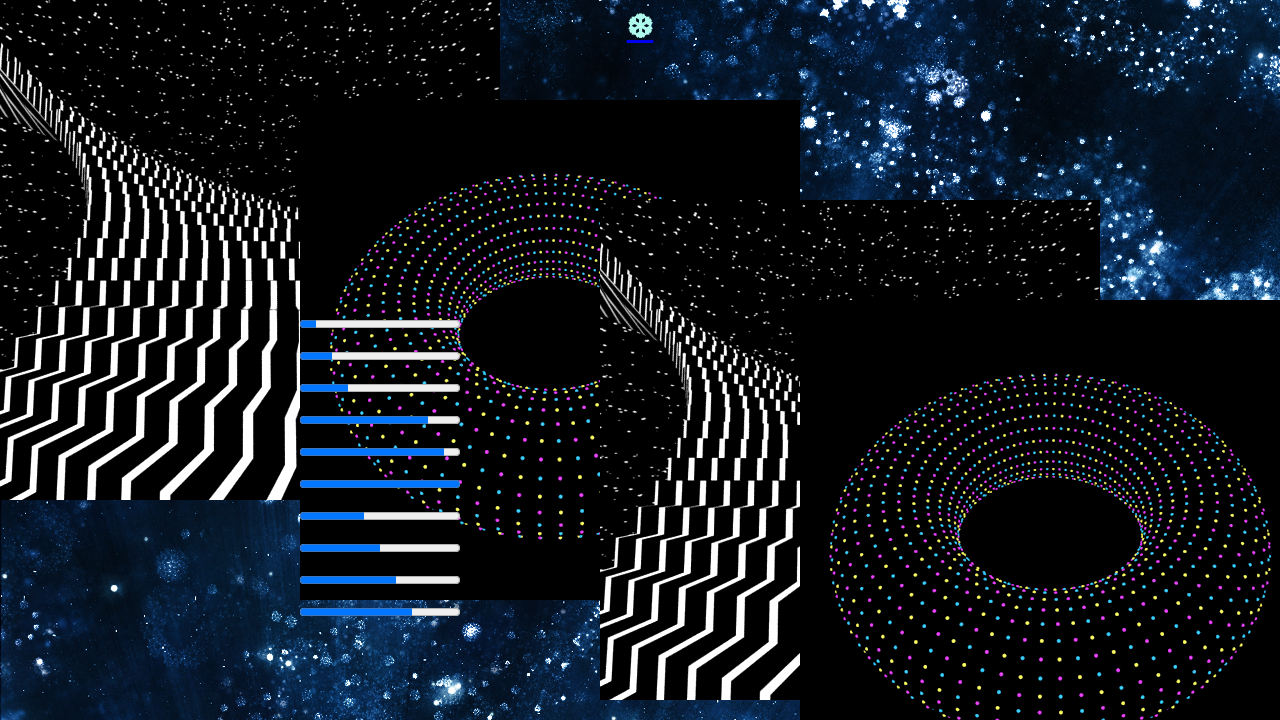
Repository: hanj291/hanj291.github.io
Page: CSS_composition/page5.html
The author's editor kept a record of every edit. The page is drawn from the files as they stood at one moment, then again after the next edit.
The browser window is 1280 px wide. The pictures show the whole page.

Above is the page before.

After the next edit:
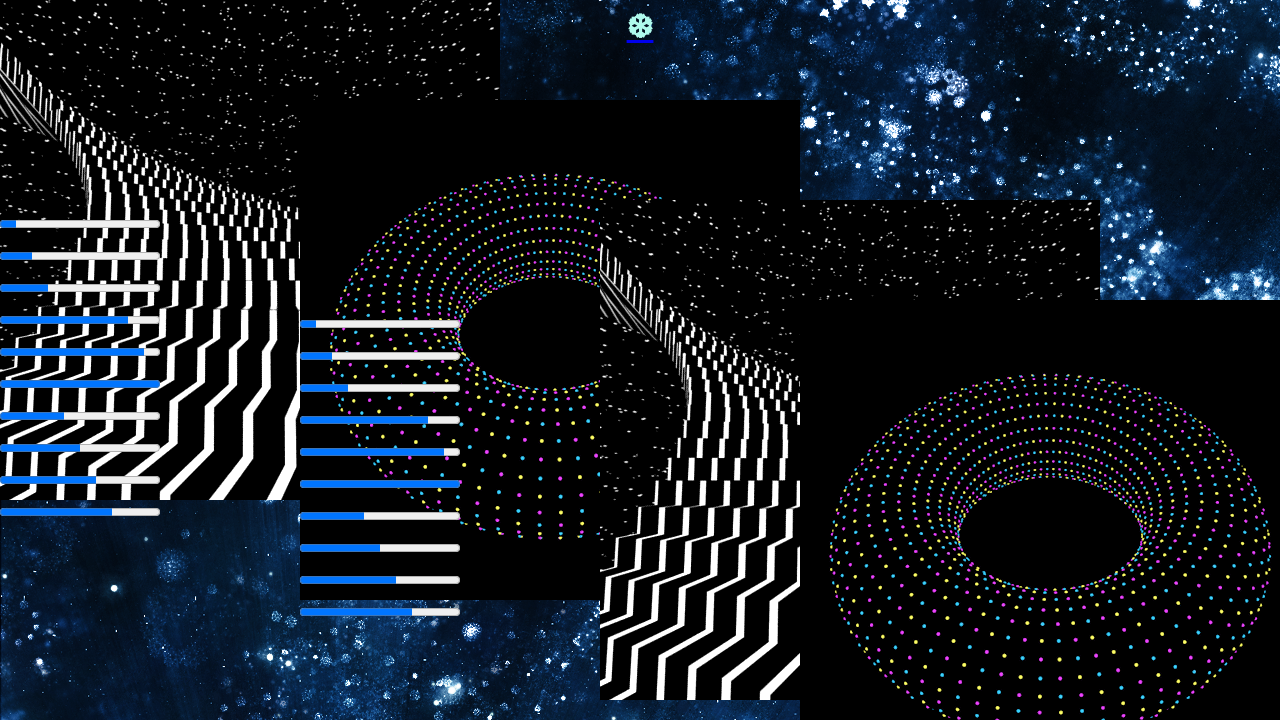
The edit:
--- a/CSS_composition/page5.html
+++ b/CSS_composition/page5.html
@@ -23,5 +23,17 @@
 		<p><progress value="60" max="100"></progress>
 		<p><progress value="70" max="100"></progress></div>
 
+	<div class=i6>
+		<p><progress value="10" max="100"></progress>
+		<p><progress value="20" max="100"></progress>
+		<p><progress value="30" max="100"></progress>
+		<p><progress value="80" max="100"></progress>
+		<p><progress value="90" max="100"></progress>
+		<p><progress value="100" max="100"></progress>
+		<p><progress value="40" max="100"></progress>
+		<p><progress value="50" max="100"></progress>
+		<p><progress value="60" max="100"></progress>
+		<p><progress value="70" max="100"></progress></div>
+
 	</body>
 </html>
